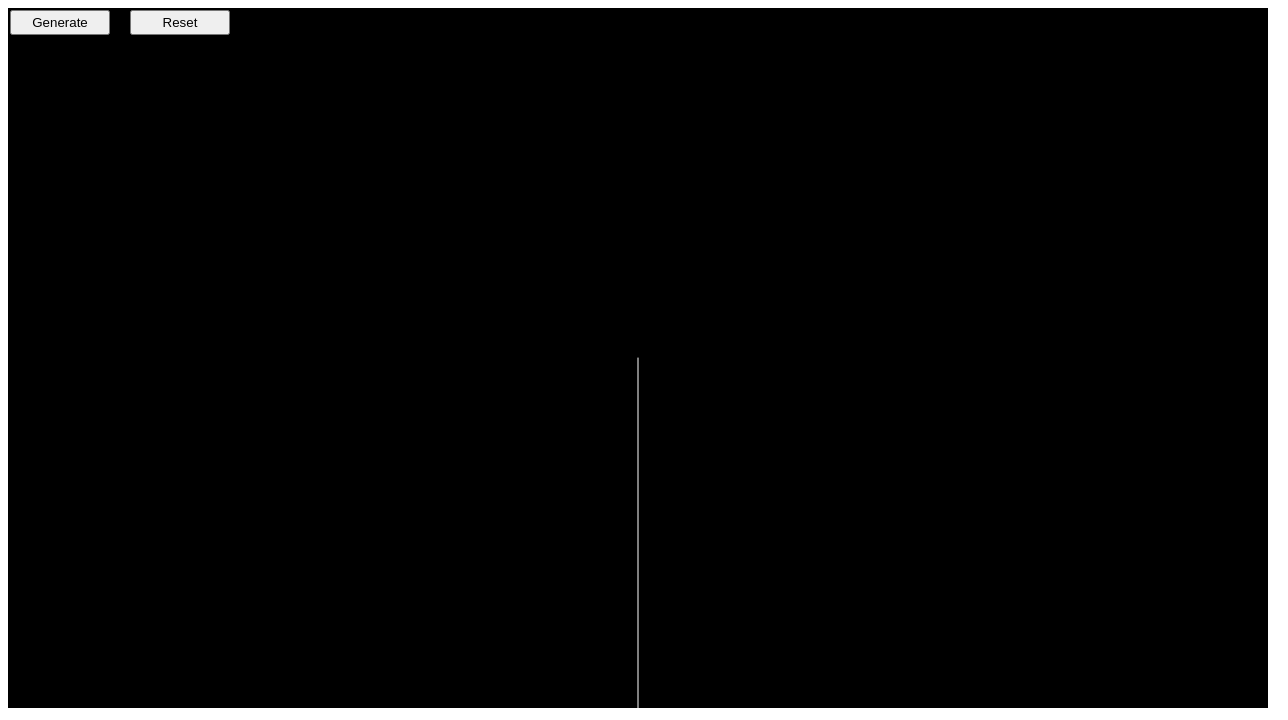
Repository: Gabrielw123/Fraktalgenerator
Page: fraktaler/test/bruh.html
These files come from the project's save history. The page is drawn as it stood at one moment and after the next save; the edit follows.
The browser window is 1280 px wide. The page is 1280 px wide, then 1288 px, so the pictures cover 1288 px, including what lies to the right of the window. The pictures show the whole page.
Some web libraries are served in a nearby version.

Above is the page before, as saved 2022-01-11 23:28:55.

After the next save:
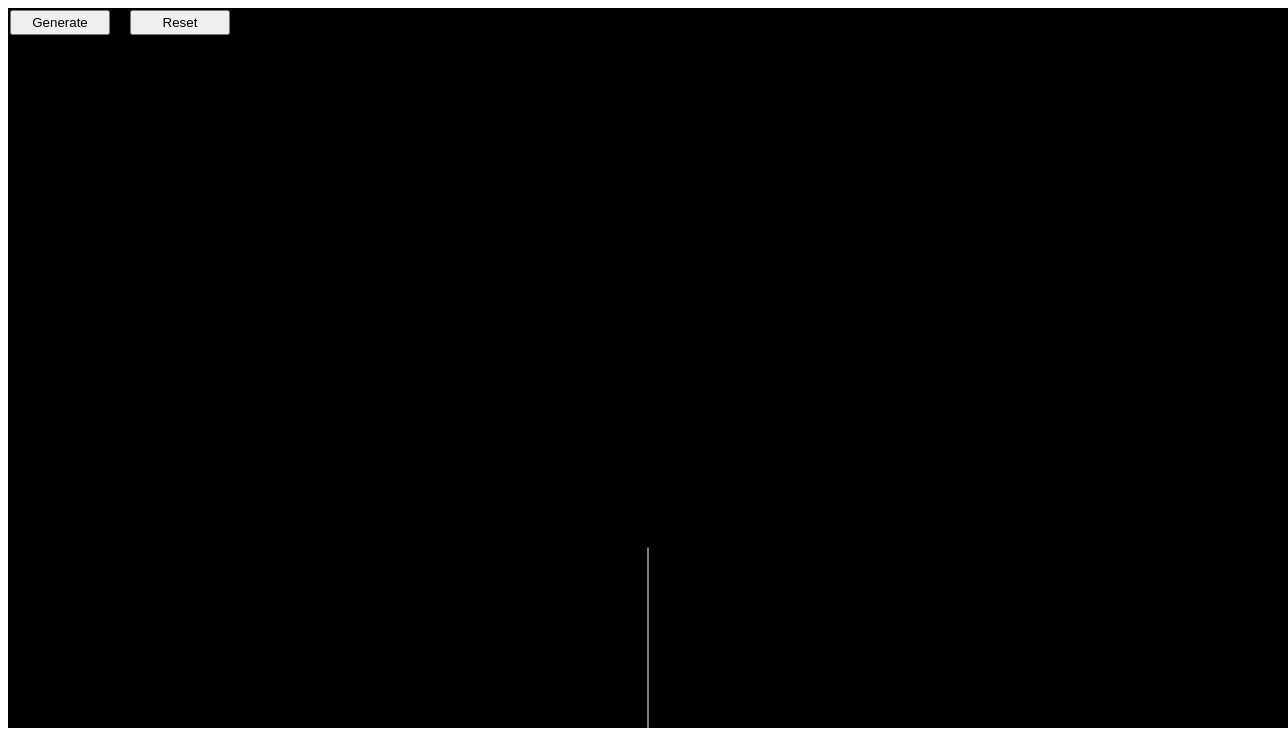
Saved 8 s later.
--- a/fraktaler/test/noob.js
+++ b/fraktaler/test/noob.js
@@ -19,9 +19,9 @@ let rules = [
 ];
 
 function setup() {
-  createCanvas(window.innerWidth - 20, window.innerHeight - 20);
+  createCanvas(windowWidth, windowHeight);
   angle = radians(120);
-  length = height / 2;
+  length = height / 4;
   turtle();
   drawGUI();
 }
